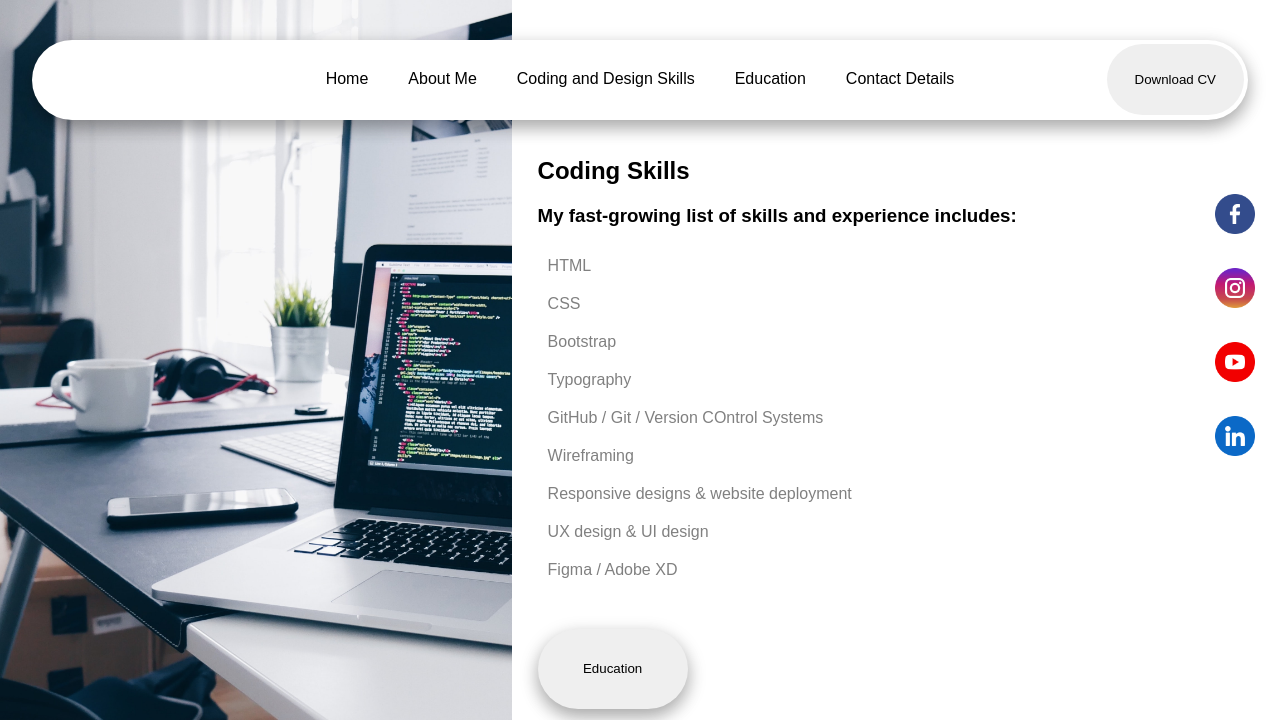
Repository: WesleyErasmus/MyDigitalResume-4
Page: codingSkills.html
These files come from the project's save history. The page is drawn as it stood at one moment and after the next save; the edit follows.
The browser window is 1280 px wide. The pictures show the whole page.
The pointer rests on the first visible `.social-media-links img`.

Above is the page before, as saved 2022-02-20 19:30:06.

After the next save:
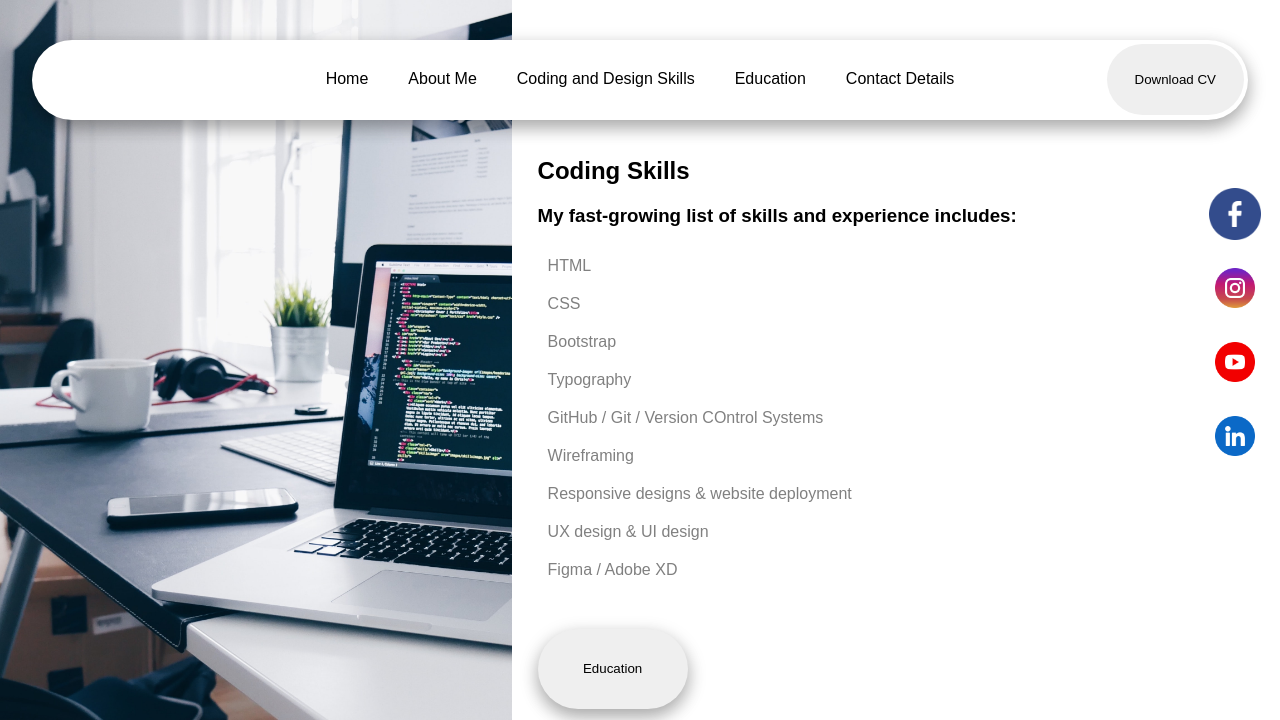
Saved 8 s later.
--- a/codingSkills.css
+++ b/codingSkills.css
@@ -73,7 +73,9 @@ ul.social-media-links{
     margin-bottom: 30px;
     list-style-type: none;
 }
-
+.social-media-links img:hover {
+    transform: scale(1.3);
+}
 article {
     width: 50%;
     left: 41%;
